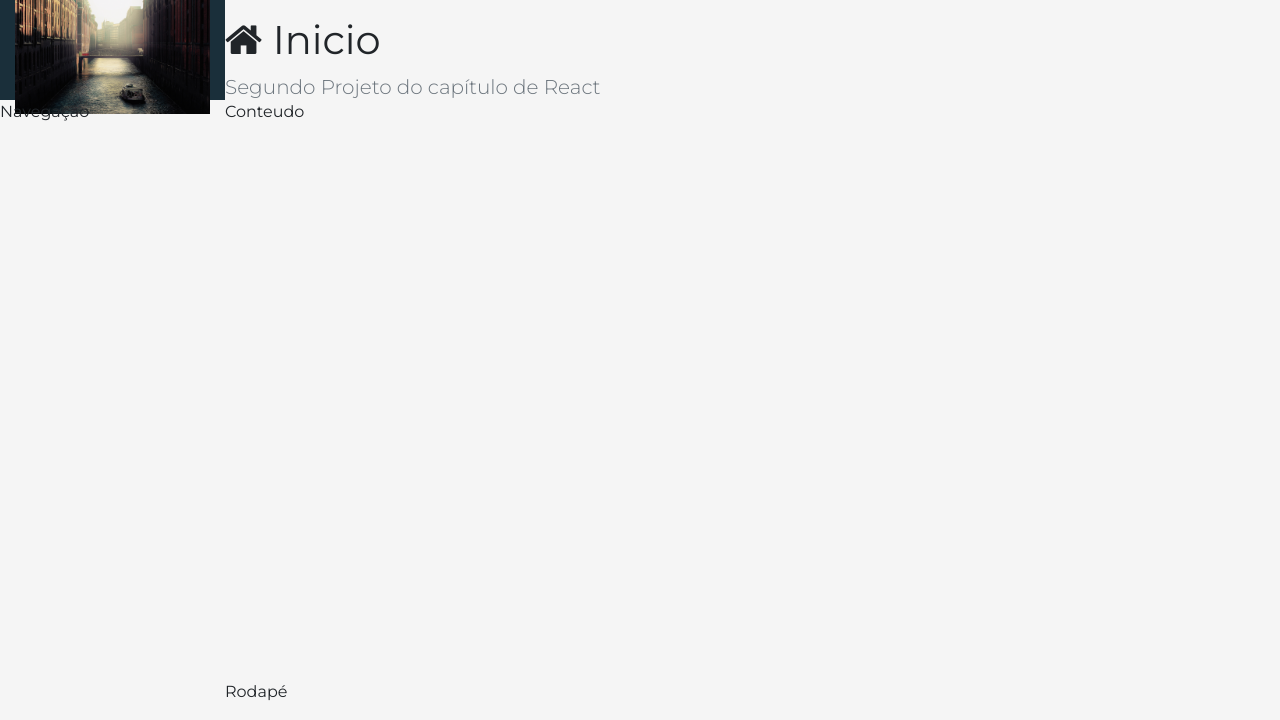
Repository: eversonps/projeto-cadastro-usuarios-firebase
Page: /users (app in frontend/)
These files come from the project's save history. The page is drawn as it stood at one moment and after the next save; the edit follows.
The browser window is 1280 px wide. The pictures show the whole page.
The project was rebuilt for these pictures with package versions that can differ from the ones it lists, and the page was loaded fresh each time. Also part of the build but not shown: frontend/src/components/template/nav.css, frontend/src/components/template/header.css, frontend/src/components/template/footer.css.

Above is the page before, as saved 2022-03-22 13:00:40.

### frontend/public/index.html
<!DOCTYPE html>
<html lang="en">
  <head>
    <meta charset="utf-8" />
    <link rel="icon" href="%PUBLIC_URL%/favicon.ico" />
    <link rel="preconnect" href="https://fonts.googleapis.com">
    <link rel="preconnect" href="https://fonts.gstatic.com" crossorigin>
    <link href="https://fonts.googleapis.com/css2?family=Montserrat:wght@300;400;700&display=swap" rel="stylesheet">
    <meta name="viewport" content="width=device-width, initial-scale=1" />
    <meta name="theme-color" content="#000000" />
    <meta
      name="description"
      content="Web site created using create-react-app"
    />
    <link rel="apple-touch-icon" href="%PUBLIC_URL%/logo192.png" />
    <!--
      manifest.json provides metadata used when your web app is installed on a
      user's mobile device or desktop. See https://developers.google.com/web/fundamentals/web-app-manifest/
    -->
    <link rel="manifest" href="%PUBLIC_URL%/manifest.json" />
    <!--
      Notice the use of %PUBLIC_URL% in the tags above.
      It will be replaced with the URL of the `public` folder during the build.
      Only files inside the `public` folder can be referenced from the HTML.

      Unlike "/favicon.ico" or "favicon.ico", "%PUBLIC_URL%/favicon.ico" will
      work correctly both with client-side routing and a non-root public URL.
      Learn how to configure a non-root public URL by running `npm run build`.
    -->
    <title>React App</title>
  </head>
  <body>
    <noscript>You need to enable JavaScript to run this app.</noscript>
    <div id="root"></div>
    <!--
      This HTML file is a template.
      If you open it directly in the browser, you will see an empty page.

      You can add webfonts, meta tags, or analytics to this file.
      The build step will place the bundled scripts into the <body> tag.

      To begin the development, run `npm start` or `yarn start`.
      To create a production bundle, use `npm run build` or `yarn build`.
    -->
  </body>
</html>

### frontend/src/index.js
import React from 'react';
import ReactDOM from 'react-dom';
import './index.css';
import App from './main/app';
import reportWebVitals from './reportWebVitals';

ReactDOM.render(
  <React.StrictMode>
    <App />
  </React.StrictMode>,
  document.getElementById('root')
);

// If you want to start measuring performance in your app, pass a function
// to log results (for example: reportWebVitals(console.log))
// or send to an analytics endpoint. Learn more: https://bit.ly/CRA-vitals
reportWebVitals();

### frontend/src/main/app.jsx
import "./app.css"
import "bootstrap/dist/css/bootstrap.min.css"
import "font-awesome/css/font-awesome.min.css"

import React from "react"

import Logo from "../components/template/logo"
import Nav from "../components/template/nav"
import Main from "../components/template/main"
import Footer from "../components/template/footer"

export default props => {
    return (
        <div className="app">
        <Logo></Logo>
        <Nav></Nav>
        <Main icon="home" title="Inicio" subtitle="Segundo Projeto do capítulo de React"></Main>
        <Footer></Footer>
    </div>
    )
}

### frontend/src/main/app.css
:root{
    --bg-dark: #1A2F3A;
    --logo-height: 100px;
    --header-height: 100px;
    --aside-width: 225px;
    --footer-height: 40px;

    --shadow: 0 2px 23px 0 rgba(0, 0, 0, 0.1), 0 2px 49px 0 rgba(0, 0, 0, 0.06);
}

* {
    box-sizing: border-box;
    font-family: 'Montserrat', sans-serif;
}

.app{
    margin: 0px;
    display: grid;
    grid-template-columns: var(--aside-width) 1fr;
    grid-template-rows: var(--header-height) 1fr var(--footer-height);
    grid-template-areas:
        "logo header"
        "menu content"
        "menu footer";
    height: 100vh;
    background-color: #F5F5F5;
}

aside.logo{
    grid-area: logo;
}

header.header{
    grid-area: header;
}

aside.menu-area{
    grid-area: menu;
}

main.content{
    grid-area: content;
}

footer.footer{
    grid-area: footer;
}

### frontend/src/components/template/logo.jsx
import React from "react"
import "./logo.css"
import logo from "../../assets/images/logo.jpg"

export default props => (
    <aside className="logo">
        <a href="/" className="logo">
            <img src={logo} alt="logo" />
        </a>
    </aside>
)

### frontend/src/components/template/nav.jsx
import React from "react"
import "./nav.css"

export default props => {
    return (
        <aside className="menu-area">
            Navegação
        </aside>
    )
}

### frontend/src/components/template/main.jsx
import React from "react"
import Header from "./header"

export default props => (
    <>
        <Header {...props}></Header>
        <main className="content">
            Conteudo
        </main>
    </>
)

### frontend/src/components/template/footer.jsx
import React from "react";
import "./footer.css"

export default props => (
    <footer className="footer">Rodapé</footer>
)

### frontend/src/components/template/logo.css
aside.logo{
    background-color: var(--bg-dark);
    display: flex;
    justify-content: center;
    align-items: center;
}

aside.logo img {
    padding: 0px 15px;
    width: 100%;
}

### frontend/src/components/template/header.jsx
import React from "react";
import "./header.css"

export default props => (
    <header className="header d-none d-sm-flex flex-column">
        <h1 className="mt-3">
            <i className={`fa fa-${props.icon}`}></i> {props.title}
        </h1>
        <p className="lead text-muted">{props.subtitle}</p>
    </header>
)

Loaded but not shown: frontend/src/index.css (common file); frontend/src/reportWebVitals.js (common file)

After the next save:
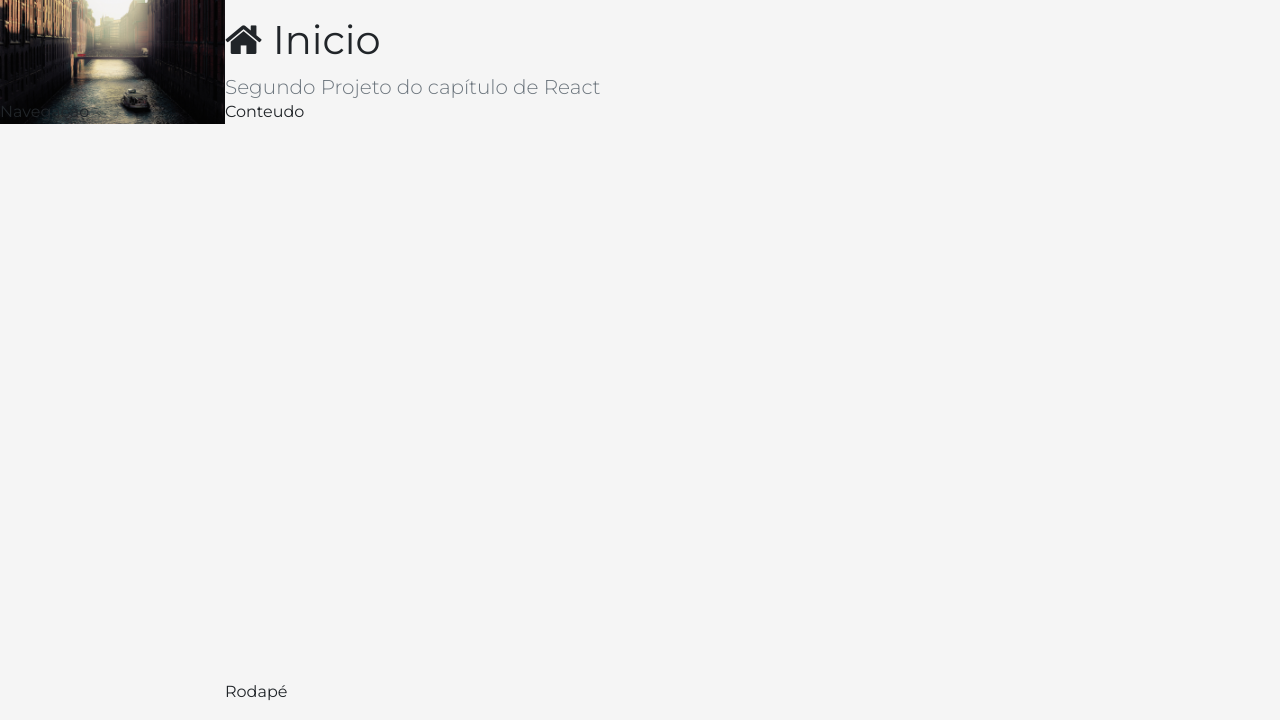
Saved 13 s later.
--- a/frontend/src/components/template/logo.css
+++ b/frontend/src/components/template/logo.css
@@ -6,6 +6,6 @@ aside.logo{
 }
 
 aside.logo img {
-    padding: 0px 15px;
+    padding: 15px 0;
     width: 100%;
 }
